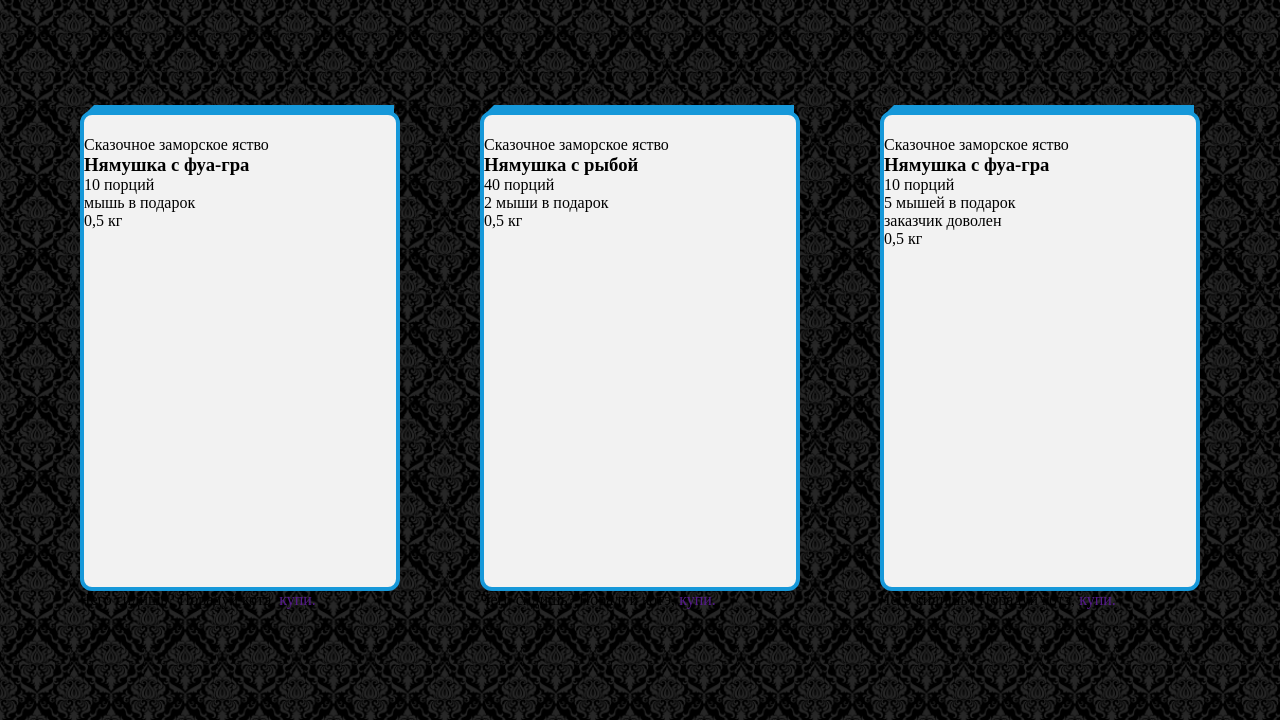
Repository: acbukka/tech-qt
Page: index.html
These files come from the project's save history. The page is drawn as it stood at one moment and after the next save; the edit follows.
The browser window is 1280 px wide. The pictures show the whole page.

Above is the page before, as saved 2022-06-17 16:27:35.

### index.html
<!DOCTYPE html>
<html lang="en">

<head>
  <meta charset="UTF-8">
  <meta http-equiv="X-UA-Compatible" content="IE=edge">
  <meta name="viewport" content="width=device-width, initial-scale=1.0">
  <title>Template</title>
  <link rel="stylesheet" href="./src/style.css">
</head>

<body class="body">

  <main class="main">
    <div class="container">
      <div class="cards-wrapper">

        <div class="card-inner">
          <div class="card-item">
            <p class="card-item__pre-title">
              Сказочное заморское яство
            </p>
            <h3 class="card-item__title">
              Нямушка
              <span class="card-item__title-span">
                с фуа-гра
              </span>
            </h3>
            <ul class="card-item__pref-list">
              <li class="card-item__pref">
                <span class="card-item__pref-span">10</span> порций
              </li>
              <li class="card-item__pref">
                <span class="card-item__pref-span"></span>мышь в подарок
              </li>
            </ul>
            <div class="card-item__price">0,5 кг</div>
          </div>
          <p class="card-inner__info">
            Чего сидишь? Порадуй котэ, <a href="" class="card-inner__info-link">купи.</a>
          </p>
        </div>

        <div class="card-inner">
          <div class="card-item">
            <p class="card-item__pre-title">
              Сказочное заморское яство
            </p>
            <h3 class="card-item__title">
              Нямушка
              <span class="card-item__title-span">
                с рыбой
              </span>
            </h3>
            <ul class="card-item__pref-list">
              <li class="card-item__pref">
                <span class="card-item__pref-span">40</span> порций
              </li>
              <li class="card-item__pref">
                <span class="card-item__pref-span">2</span> мыши в подарок
              </li>
            </ul>
            <div class="card-item__price">0,5 кг</div>
          </div>
          <p class="card-inner__info">
            Чего сидишь? Порадуй котэ, <a href="" class="card-inner__info-link">купи.</a>
          </p>
        </div>

        <div class="card-inner">
          <div class="card-item">
            <p class="card-item__pre-title">
              Сказочное заморское яство
            </p>
            <h3 class="card-item__title">
              Нямушка
              <span class="card-item__title-span">
                с фуа-гра
              </span>
            </h3>
            <ul class="card-item__pref-list">
              <li class="card-item__pref">
                <span class="card-item__pref-span">10</span> порций
              </li>
              <li class="card-item__pref">
                <span class="card-item__pref-span">5</span> мышей в подарок
              </li>
              <li class="card-item__pref">
                заказчик доволен
              </li>
            </ul>
            <div class="card-item__price">0,5 кг</div>
          </div>
          <p class="card-inner__info">
            Чего сидишь? Порадуй котэ, <a href="" class="card-inner__info-link">купи.</a>
          </p>
        </div>

      </div>
    </div>
  </main>

</body>

</html>

### src/style.css
html {
  -webkit-box-sizing: border-box;
  box-sizing: border-box;
  scroll-behavior: smooth;
}

*,
*::after,
*::before {
  -webkit-box-sizing: inherit;
  box-sizing: inherit;
  -webkit-tap-highlight-color: transparent;
}

ul[class],
ol[class] {
  padding: 0;
}

body,
h1,
h2,
h3,
h4,
h5,
h6,
p,
ul[class],
ol[class],
li,
figure,
figcaption,
blockquote,
dl,
dd {
  margin: 0;
}

ul[class] {
  list-style: none;
}

img {
  max-width: 100%;
  display: block;
}

input,
button,
textarea,
select {
  font: inherit;
}

a {
  text-decoration: none;
}

.body {
  background-image: url(../assets/Pattern.jpg);
  background-repeat: no-repeat;
  background-size: cover;
}

.main {
  height: 100vh;
  display: flex;
  align-items: center;
}

.container {
  margin-top: 50%;
  max-width: 1120px;
  margin: 0 auto;
}

.cards-wrapper {
  width: 1120px;
  display: flex;
  justify-content: space-between;
}

.card-item {
  /* overflow: hidden; */
  position: relative;
  width: 320px;
  height: 480px;
  background-color: #F2F2F2;
  border-top-left-radius: 20% 10%;
  /* border-bottom-left-radius: 20%; */
  border: 4px solid #1698D9;
  /* border-top-left-radius: 4px ; */
  /* border-left: 20px solid #1698D9; */
  border-radius: 12px;
  /* background: linear-gradient(-225deg, transparent 50px, #ddd 0); */
}

/* .card-item::before {
  content: "";
  position: absolute;
  width: 124.45px;
  height: 124.45px;
  background: transparent;
  overflow: hidden;
  left: -24.69%;
  right: 85.8%;
  top: -12.77%;
  bottom: 88.32%;
  border: 4px solid #1698D9;
  transform:  rotate(45deg);
} */

.card-item::before {
  content: "";
  display: block;
  position: absolute;
  bottom: 100%;
  left: 0;
  width:  310px; /* top element position*/
  height: 0;
  border-bottom: 10px solid #F2F2F2; /* height of top element */
  border-bottom: 10px solid #1698D9; /* height of top element */
  border-left: 10px solid transparent;
}

.cards-wrapper
.card-inner + .card-inner {
  margin-left: 5rem;
}

.card-item__pre-title {
  margin-top: 21px;
}

After the next save:
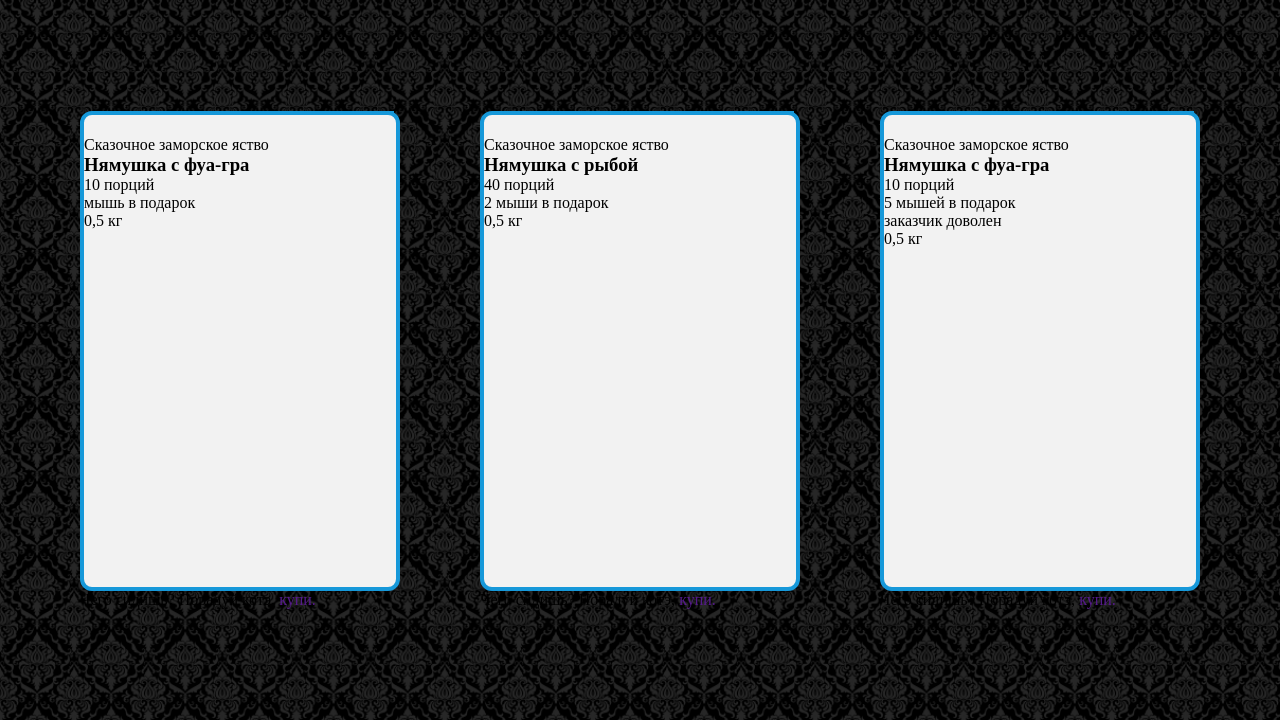
Saved 4 s later.
--- a/src/style.css
+++ b/src/style.css
@@ -119,7 +119,7 @@
   width:  310px; /* top element position*/
   height: 0;
   border-bottom: 10px solid #F2F2F2; /* height of top element */
-  border-bottom: 10px solid #1698D9; /* height of top element */
+  border-bottom: 4px solid #1698D9; /* height of top element */
   border-left: 10px solid transparent;
 }
 
